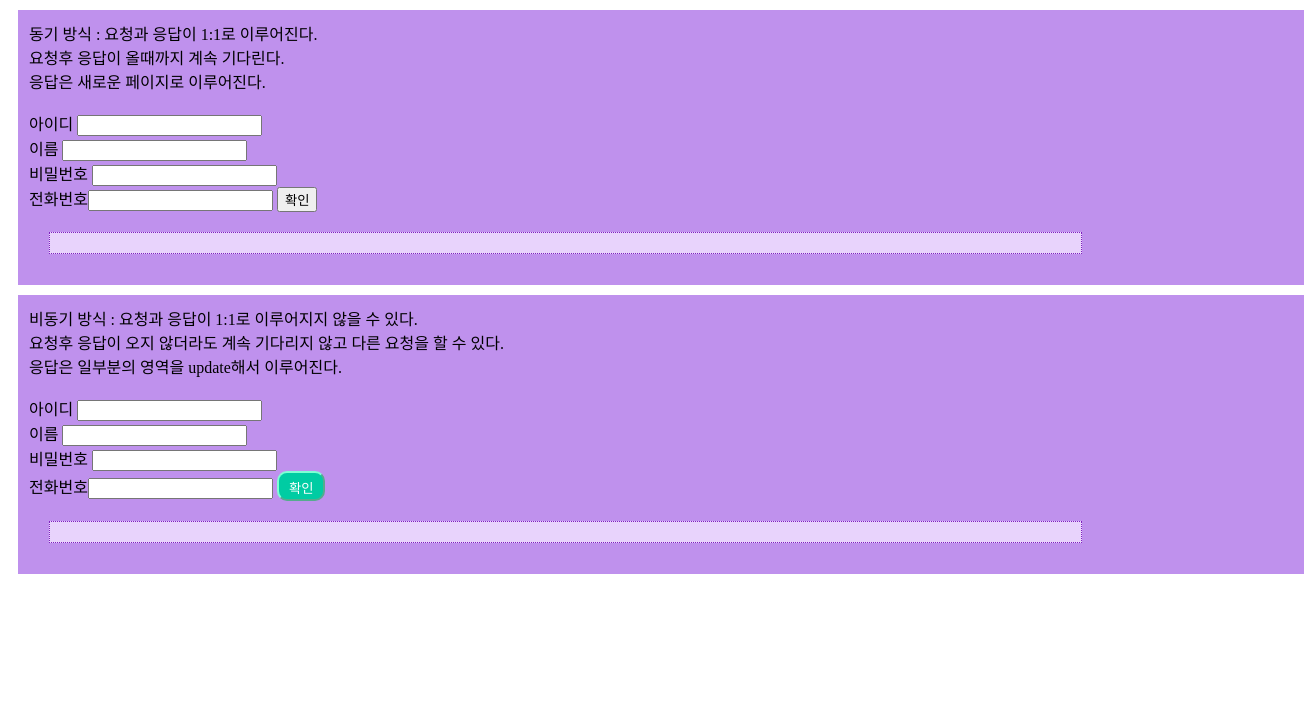
Repository: jinsoo115/jquery
Page: jqpro/WebContent/0201/ajax비동기통신.html
These files come from the project's save history. The page is drawn as it stood at one moment and after the next save; the edit follows.
The browser window is 1280 px wide. The page is 1304 px wide, so the pictures cover 1304 px, including what lies to the right of the window. The pictures show the whole page.

Above is the page before, as saved 2021-02-01 03:38:26.

After the next save:
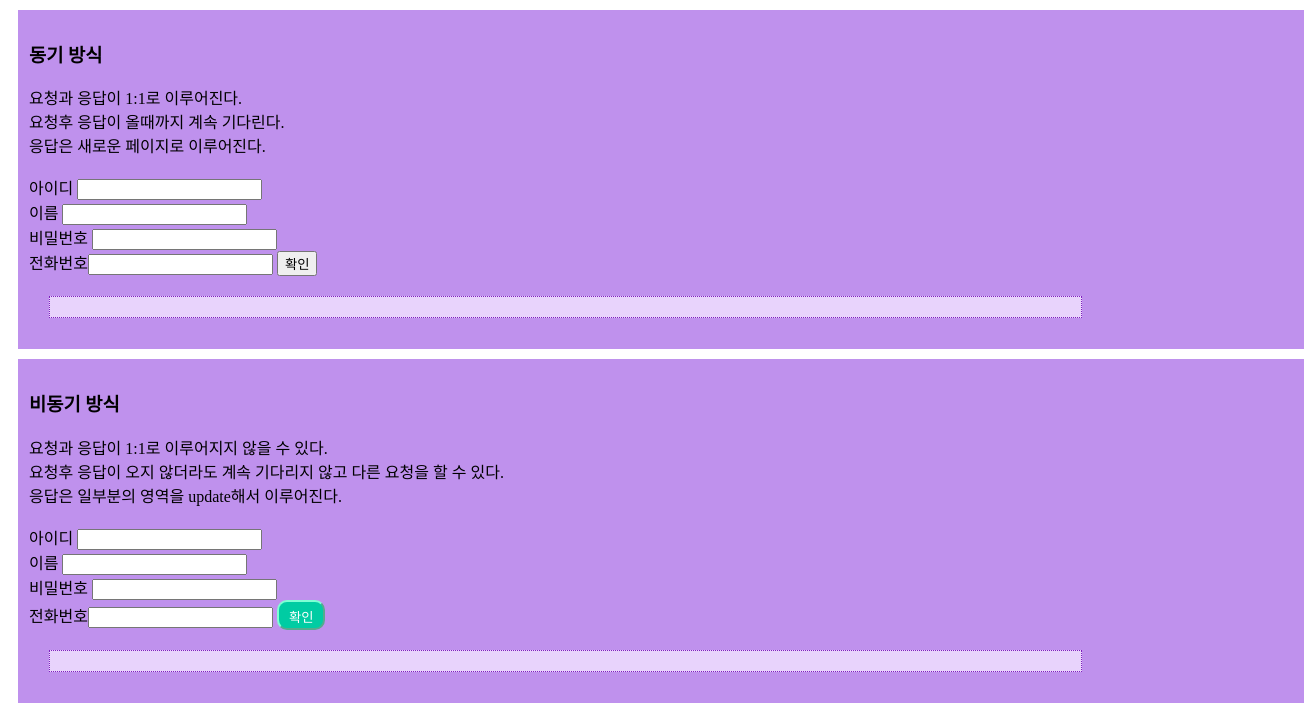
Saved 94 s later.
--- a/jqpro/WebContent/0201/ajax비동기통신.html
+++ b/jqpro/WebContent/0201/ajax비동기통신.html
@@ -15,7 +15,8 @@
 <body>
 
 <div class="box">
-동기 방식 : 요청과 응답이 1:1로 이루어진다.<br>
+<h3>동기 방식</h3>
+요청과 응답이 1:1로 이루어진다.<br>
 요청후 응답이 올때까지 계속 기다린다.<br>
 응답은 새로운 페이지로 이루어진다.
 <br><br>
@@ -32,12 +33,13 @@
 
 
 <div class="box">
-비동기 방식 : 요청과 응답이 1:1로 이루어지지 않을 수 있다.<br>
+<h3>비동기 방식</h3>
+요청과 응답이 1:1로 이루어지지 않을 수 있다.<br>
 요청후 응답이 오지 않더라도 계속 기다리지 않고 다른 요청을 할  수 있다.<br>
 응답은 일부분의 영역을 update해서 이루어진다.
 <br><br>
 
-<form action="test.jsp" method="post">
+<form>
     아이디 <input type="text" id="id" name="id"><br>
     이름 <input type="text" id="name" name="name"><br>
     비밀번호 <input type="password" id="pass" name="pass"><br>
